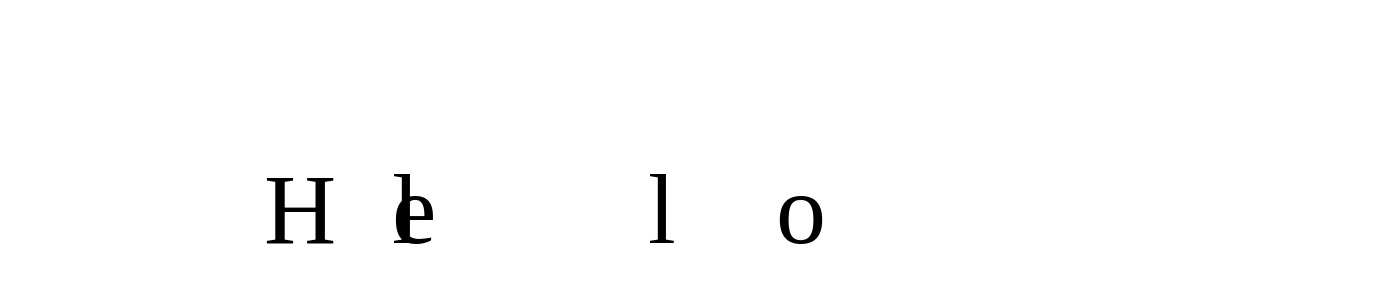
Repository: julihocc/javascript-interview-practice
Page: 01 HTML CSS/Exercise 75/index.html
The author's editor kept a copy of each file at every save. The page is drawn from the files as they stood at one save, then again after the next save.
The browser window is 1280 px wide. The page is 1400 px wide, so the pictures cover 1400 px, including what lies to the right of the window. The pictures show the whole page.

Above is the page before, as saved 2022-09-30 00:24:07.

### 01 HTML CSS/Exercise 75/index.html

<!DOCTYPE html>
<!--[if lt IE 7]>      <html class="no-js lt-ie9 lt-ie8 lt-ie7"> <![endif]-->
<!--[if IE 7]>         <html class="no-js lt-ie9 lt-ie8"> <![endif]-->
<!--[if IE 8]>         <html class="no-js lt-ie9"> <![endif]-->
<!--[if gt IE 8]>      <html class="no-js"> <!--<![endif]-->
<html>
    <head>
        <meta charset="utf-8">
        <meta http-equiv="X-UA-Compatible" content="IE=edge">
        <title></title>
        <meta name="description" content="">
        <meta name="viewport" content="width=device-width, initial-scale=1">
        <link rel="stylesheet" href="./style.css">
    </head>
    <body>
        <div class="wrapper">
            <div class="letter" id="l1">H</div>
            <div class="letter" id="l2">e</div>
            <div class="letter" id="l3">l</div>
            <div class="letter" id="l4">l</div>
            <div class="letter" id="l5">o</div>
        </div>
        <script src="" async defer></script>
    </body>
</html>

### 01 HTML CSS/Exercise 75/style.css
.wrapper {
    position: relative;
    left: 10vw;
    /* font-size:  100px; */
}

.letter{
    position: absolute;
    font-size: 100px;
    top: 20vh;
}

.letter:hover {
    position: absolute;
    font-size: 300px;
    top: 5vh;
}

#l1, #l1:hover {
    left: 10vw;
}

#l2, #l2:hover {
    left: 20vw;
}

#l3, #l3:hover {
    left: 20vw;
}

#l4, #l4:hover {
    left: 40vw;
}

#l5, #l5:hover {
    left: 50vw;
}

After the next save:
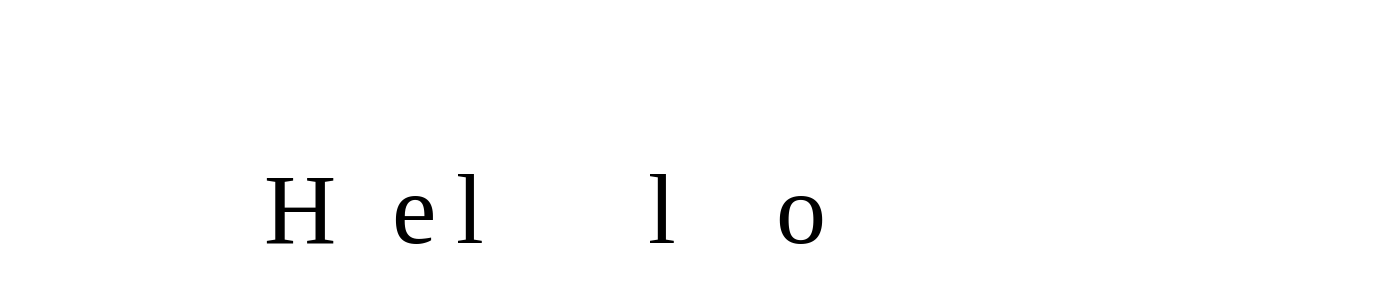
Saved 8 s later.
--- a/01 HTML CSS/Exercise 75/style.css
+++ b/01 HTML CSS/Exercise 75/style.css
@@ -25,7 +25,7 @@
 }
 
 #l3, #l3:hover {
-    left: 20vw;
+    left: 25vw;
 }
 
 #l4, #l4:hover {
